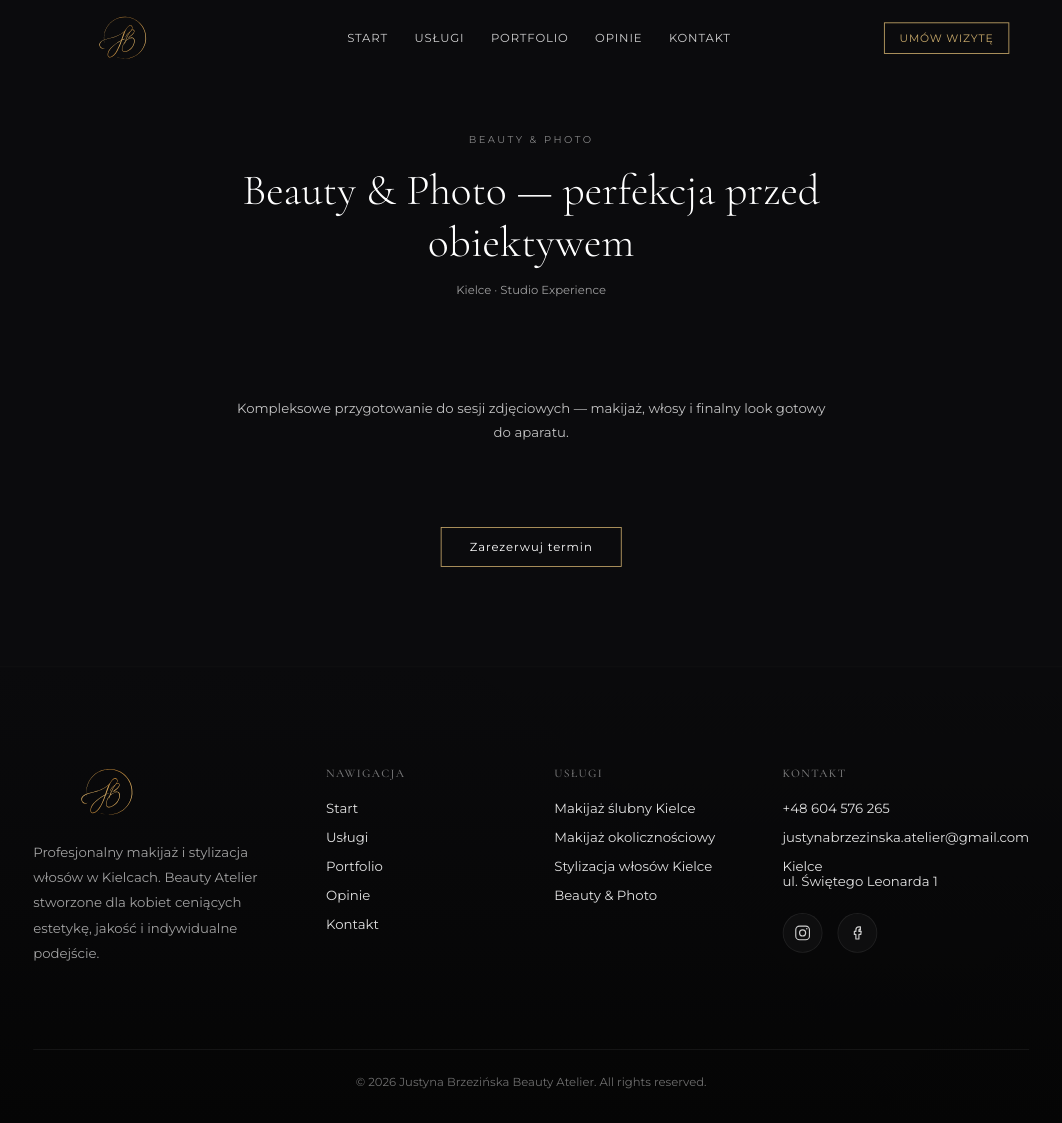
Repository: justynabrzezinskaatelier-bot/justynabrzezinska
Page: /uslugi/beauty-photo-kielce
The author's editor kept a copy of each file at every save. The page is drawn from the files as they stood at one save, then again after the next save.
The browser window is 1280 px wide. The pictures show the whole page, at 83% of full size.
The project was rebuilt for these pictures with package versions that can differ from the ones it lists, and the page was loaded fresh each time. The framework's server and built-in components were replaced by stand-ins that run in the browser. Also part of the build but not shown: next.config.ts.

Above is the page before, as saved 2026-05-09 19:13:57.

### src/app/layout.tsx
import type { Metadata, Viewport } from "next";
import { Cormorant_Garamond, Montserrat } from "next/font/google";
import Navbar from "@/components/Navbar/Navbar";
import Footer from "@/components/Footer/Footer";

import "@/styles/globals.css";

const cormorant = Cormorant_Garamond({
  subsets: ["latin"],
  variable: "--font-heading",
});

const montserrat = Montserrat({
  subsets: ["latin"],
  variable: "--font-body",
});

export const metadata: Metadata = {
  title: "Justyna Brzezińska Beauty Atelier",
  description:
    "Makijaż i stylizacja włosów w Kielcach. Makeup & Hair Studio.",

  icons: {
    icon: [
      {
        url: "/favicon.ico",
      },
      {
        url: "/favicon.svg",
        type: "image/svg+xml",
      },
      {
        url: "/favicon-96x96.png",
        sizes: "96x96",
        type: "image/png",
      },
    ],

    apple: "/apple-touch-icon.png",

    shortcut: "/favicon.ico",
  },

  manifest: "/site.webmanifest",

  appleWebApp: {
    title: "JB Atelier",
  },
};

export const viewport: Viewport = {
  themeColor: "#0a0a0a",
};

export default function RootLayout({
  children,
}: Readonly<{
  children: React.ReactNode;
}>) {
  return (
    <html lang="pl" data-scroll-behavior="smooth">
      <body className={`${cormorant.variable} ${montserrat.variable}`}>
        <Navbar />
        {children}
        <Footer />
      </body>
    </html>
  );
}

### src/app/uslugi/[slug]/page.tsx
import { notFound } from "next/navigation";
import { services } from "@/lib/services";
import styles from "@/styles/Service.module.css";

type Props = {
    params: { slug: string };
};

export async function generateMetadata({ params }: Props) {
    const service = services.find(s => s.slug === params.slug);

    if (!service) return {};

    return {
        title: service.seoTitle,
        description: service.seoDescription,
    };
}

export default async function ServicePage({ params }: { params: Promise<{ slug: string }> }) {
    const { slug } = await params;

    const service = services.find(s => s.slug === slug);

    if (!service) return notFound();

    return (
        < main className={styles.page} >

            {/* HERO */}
            < section className={styles.hero} >
                <p className={styles.label}>{service.label}</p>

                <h1 className={styles.title}>
                    {service.title}
                </h1>

                <p className={styles.subtitle}>
                    {service.subtitle}
                </p>
            </ section >

            {/* CONTENT */}
            <section className={styles.section} >
                <p>{service.description}</p>
            </section >

            {/* CTA */}
            <section className={styles.ctaSection} >
                <a href="/kontakt" className={styles.cta}>
                    Zarezerwuj termin
                </a>
            </section >

        </main >
    );
}

### src/components/Footer/Footer.tsx
import styles from "./Footer.module.css";
import Link from "next/link";
import Image from "next/image";

export default function Footer() {
    return (
        <footer className={styles.footer}>

            <div className={styles.top}>

                {/* BRAND */}
                <div className={styles.brand}>
                    <Image
                        src="/JB-logo.svg"
                        alt="Justyna Brzezińska Beauty Atelier"
                        width={180}
                        height={60}
                    />

                    <p>
                        Profesjonalny makijaż i stylizacja włosów
                        w Kielcach. Beauty Atelier stworzone dla kobiet
                        ceniących estetykę, jakość i indywidualne podejście.
                    </p>
                </div>

                {/* NAVIGATION */}
                <div className={styles.column}>
                    <h3>Nawigacja</h3>

                    <nav>
                        <Link href="/">Start</Link>
                        <Link href="/uslugi">Usługi</Link>
                        <Link href="/portfolio">Portfolio</Link>
                        <Link href="/opinie">Opinie</Link>
                        <Link href="/kontakt">Kontakt</Link>
                    </nav>
                </div>

                {/* SERVICES */}
                <div className={styles.column}>
                    <h3>Usługi</h3>

                    <div className={styles.links}>
                        <Link href="/uslugi">
                            Makijaż ślubny Kielce
                        </Link>

                        <Link href="/uslugi">
                            Makijaż okolicznościowy
                        </Link>

                        <Link href="/uslugi">
                            Stylizacja włosów Kielce
                        </Link>

                        <Link href="/uslugi">
                            Beauty & Photo
                        </Link>
                    </div>
                </div>

                {/* CONTACT */}
                <div className={styles.column}>
                    <h3>Kontakt</h3>

                    <div className={styles.contact}>
                        <a href="tel:+48604576265">
                            +48 604 576 265
                        </a>

                        <a href="mailto:justynabrzezinska.atelier@gmail.com">
                            justynabrzezinska.atelier@gmail.com
                        </a>

                        <p>
                            Kielce
                            <br />
                            ul. Świętego Leonarda 1
                        </p>
                    </div>

                    {/* SOCIALS */}
                    <div className={styles.socials}>

                        <a
                            href="https://www.instagram.com/justynabrzezinska.makeup.hair/"
                            target="_blank"
                            rel="noopener noreferrer"
                            aria-label="Instagram"
                        >
                            <InstagramIcon />
                        </a>

                        <a
                            href="https://www.facebook.com/justmakeup.kielce/"
                            target="_blank"
                            rel="noopener noreferrer"
                            aria-label="Facebook"
                        >
                            <FacebookIcon />
                        </a>

                    </div>
                </div>
            </div>

            {/* BOTTOM */}
            <div className={styles.bottom}>
                <p>
                    © {new Date().getFullYear()} Justyna Brzezińska Beauty Atelier.
                    All rights reserved.
                </p>
            </div>
        </footer>
    );
}

function InstagramIcon() {
    return (
        <svg width="22" height="22" viewBox="0 0 24 24" fill="none">
            <rect
                x="3"
                y="3"
                width="18"
                height="18"
                rx="5"
                stroke="currentColor"
                strokeWidth="1.5"
            />
            <circle
                cx="12"
                cy="12"
                r="4"
                stroke="currentColor"
                strokeWidth="1.5"
            />
            <circle
                cx="17.5"
                cy="6.5"
                r="1"
                fill="currentColor"
            />
        </svg>
    );
}

function FacebookIcon() {
    return (
        <svg width="22" height="22" viewBox="0 0 24 24" fill="none">
            <path
                d="M14 8h2V4h-2c-2.2 0-4 1.8-4 4v2H8v4h2v6h4v-6h2.5l.5-4H14V8c0-.6.4-1 1-1z"
                stroke="currentColor"
                strokeWidth="1.5"
                strokeLinejoin="round"
            />
        </svg>
    );
}

### src/styles/globals.css
* {
  margin: 0;
  padding: 0;
  box-sizing: border-box;
}

:root {
  --background: #0a0a0a;
  --text: #f5f5f5;

  --gold: #c6a769;
  --gold-light: #e2c78f;

  --pink: #d8b4b4;

  --container: 1280px;

  --font-heading: serif;
  --font-body: sans-serif;
}

html {
  scroll-behavior: smooth;
}

body {
  background: var(--background);
  color: var(--text);
  font-family: var(--font-body);
}

h1,
h2,
h3,
h4 {
  font-family: var(--font-heading);
  font-weight: 500;
  line-height: 1.1;
}

img {
  max-width: 100%;
  display: block;
}

button,
input,
textarea {
  font: inherit;
}

a {
  color: inherit;
  text-decoration: none;
}

.container {
  width: 100%;
  max-width: var(--container);
  margin: 0 auto;
  padding: 0 24px;
}

### src/lib/services.ts
export type Service = {
    slug: string;
    title: string;
    subtitle: string;
    label: string;
    description: string;
    seoTitle: string;
    seoDescription: string;
};

export const services: Service[] = [
    {
        slug: "makijaz-slubny-kielce",
        title: "Makijaż ślubny, który nie potrzebuje filtrów",
        subtitle: "Kielce · Beauty Atelier",
        label: "Bridal Experience",
        description:
            "Dla kobiet, które chcą wyglądać sobą — tylko w najlepszej wersji.",
        seoTitle: "Makijaż ślubny Kielce | Beauty Atelier",
        seoDescription:
            "Ekskluzywny makijaż ślubny w Kielcach. Naturalny, trwały i dopasowany do Ciebie."
    },
    {
        slug: "makijaz-okolicznosciowy-kielce",
        title: "Makijaż, który podkreśla — nie zmienia",
        subtitle: "Elegancja w najczystszej formie",
        label: "Occasion Makeup",
        description:
            "Profesjonalny makijaż na eventy, gale i sesje zdjęciowe — dopasowany do Twojej urody i stylu.",
        seoTitle: "Makijaż okolicznościowy Kielce | Beauty Atelier",
        seoDescription:
            "Profesjonalny makijaż okolicznościowy w Kielcach. Naturalny, elegancki i trwały."
    },
    {
        slug: "stylizacja-wlosow-kielce",
        title: "Włosy, które domykają całość stylizacji",
        subtitle: "Hair Styling · Kielce",
        label: "Hair Style",
        description:
            "Nowoczesne fryzury dopasowane do makijażu i charakteru stylizacji — od soft waves po eleganckie upięcia.",
        seoTitle: "Stylizacja włosów Kielce | Beauty Atelier",
        seoDescription:
            "Profesjonalna stylizacja włosów w Kielcach. Fryzury ślubne i okolicznościowe."
    },
    {
        slug: "beauty-photo-kielce",
        title: "Beauty & Photo — perfekcja przed obiektywem",
        subtitle: "Kielce · Studio Experience",
        label: "Beauty & Photo",
        description:
            "Kompleksowe przygotowanie do sesji zdjęciowych — makijaż, włosy i finalny look gotowy do aparatu.",
        seoTitle: "Beauty & Photo Kielce | Makijaż do sesji zdjęciowych",
        seoDescription:
            "Profesjonalne przygotowanie beauty do sesji zdjęciowych w Kielcach."
    }
];

### src/styles/Service.module.css
.page {
    background: #0b0b0d;
    color: #fff;
    padding: 160px 24px 120px;
}

/* HERO */
.hero {
    max-width: 900px;
    margin: 0 auto 120px;
    text-align: center;
}

.label {
    font-size: 12px;
    letter-spacing: 0.25em;
    text-transform: uppercase;
    opacity: 0.5;
}

.title {
    font-size: 52px;
    font-weight: 300;
    margin-top: 24px;
    line-height: 1.2;
}

.subtitle {
    margin-top: 16px;
    font-size: 14px;
    opacity: 0.6;
}

/* CONTENT */
.section {
    max-width: 720px;
    margin: 0 auto 90px;
    text-align: center;
}

.section p {
    font-size: 16px;
    line-height: 1.8;
    opacity: 0.75;
}

/* CTA */
.ctaSection {
    display: flex;
    justify-content: center;
    margin-top: 100px;
}

.cta {
    padding: 14px 34px;
    border: 1px solid var(--gold);
    text-decoration: none;
    color: #fff;
    font-size: 14px;
    letter-spacing: 0.08em;
    transition: 0.3s ease;
}

.cta:hover {
    background: var(--gold);
    color: #0b0b0d;
}

/* MOBILE */
@media (max-width: 768px) {
    .title {
        font-size: 34px;
    }

    .page {
        padding: 120px 18px 80px;
    }
}

### src/components/Navbar/Navbar.module.css
.header {
    position: fixed;
    top: 0;
    width: 100%;
    z-index: 100;
    transition: all 0.3s ease;
}

.scrolled {
    background: rgba(11, 11, 13, 0.6);
    backdrop-filter: blur(12px);
    border-bottom: 1px solid rgba(200, 169, 106, 0.15);
}

.inner {
    max-width: 1200px;
    margin: 0 auto;
    padding: 18px 24px;
    display: flex;
    align-items: center;
    justify-content: space-between;
}

/* LOGO */
.logo {
    display: flex;
    align-items: center;
}

/* NAV */
.nav {
    display: flex;
    gap: 32px;
}

.nav a {
    color: #fff;
    font-size: 14px;
    letter-spacing: 1px;
    text-transform: uppercase;
    opacity: 0.8;
    transition: 0.3s;
}

.nav a:hover {
    opacity: 1;
    color: #c8a96a;
}

/* CTA */
.cta {
    padding: 10px 18px;
    border: 1px solid #c8a96a;
    color: #c8a96a;
    font-size: 13px;
    text-transform: uppercase;
    letter-spacing: 1px;
    transition: 0.3s;
}

.cta:hover {
    background: #c8a96a;
    color: #0b0b0d;
}

/* BURGER */
.burger {
    display: none;
    flex-direction: column;
    gap: 5px;
    background: none;
    border: none;
}

.burger span {
    width: 24px;
    height: 2px;
    background: white;
    transition: 0.3s;
}

/* OVERLAY */
.overlay {
    position: fixed;
    inset: 0;
    background: rgba(0, 0, 0, 0.6);
    backdrop-filter: blur(8px);
    z-index: 90;
}

/* MOBILE MENU */
.mobileMenu {
    position: fixed;
    inset: 0;
    width: 100vw;
    height: 100vh;
    background: rgba(11, 11, 13, 0.98);
    backdrop-filter: blur(18px);
    z-index: 1000;

    display: flex;
    justify-content: center;
    align-items: center;

    opacity: 0;
    pointer-events: none;
    transition: opacity 0.4s ease;
}

/* OPEN STATE */
.open {
    opacity: 1;
    pointer-events: all;
}

.mobileContent {
    display: flex;
    flex-direction: column;
    align-items: center;
    text-align: center;
    gap: 40px;

    transform: scale(0.98);
    animation: fadeIn 0.5s ease forwards;
}

/* LOGO */
.mobileLogo {
    margin-bottom: 10px;
}

/* NAV LINKS - LUXURY TYPOGRAPHY */
.mobileNav {
    display: flex;
    flex-direction: column;
    gap: 22px;
}

.mobileNav a {
    font-size: 22px;
    letter-spacing: 2px;
    text-transform: uppercase;
    color: #ffffff;
    opacity: 0.75;
    transition: 0.3s;
}

.mobileNav a:hover {
    opacity: 1;
    color: #c8a96a;
}

/* CTA */
.mobileCTA {
    margin-top: 20px;
    padding: 14px 28px;
    border: 1px solid #c8a96a;
    color: #c8a96a;
    text-transform: uppercase;
    letter-spacing: 2px;
    font-size: 13px;
    transition: 0.3s;
}

.mobileCTA:hover {
    background: #c8a96a;
    color: #0b0b0d;
}

/* CLOSE BUTTON */
.close {
    position: absolute;
    top: 24px;
    right: 24px;
    font-size: 36px;
    background: none;
    border: none;
    color: white;
    opacity: 0.6;
    transition: 0.3s;
}

.close:hover {
    opacity: 1;
}

/* ANIMATION */
@keyframes fadeIn {
    from {
        opacity: 0;
        transform: scale(0.96);
    }

    to {
        opacity: 1;
        transform: scale(1);
    }
}

/* RESPONSIVE */
@media (max-width: 900px) {

    .nav,
    .cta {
        display: none;
    }

    .burger {
        display: flex;
    }
}

### src/components/Footer/Footer.module.css
.footer {
    position: relative;

    padding:
        120px 40px 40px;

    background:
        linear-gradient(to bottom,
            #0a0a0c,
            #050505);

    border-top:
        1px solid rgba(255, 255, 255, 0.06);
}

.top {
    max-width: 1400px;
    margin: 0 auto;

    display: grid;
    grid-template-columns:
        1.4fr 1fr 1fr 1fr;

    gap: 80px;
}

.brand p {
    margin-top: 28px;

    color:
        rgba(255, 255, 255, 0.62);

    line-height: 1.9;

    max-width: 340px;
}

.column h3 {
    margin-bottom: 24px;

    font-size: 14px;
    font-weight: 500;
    letter-spacing: 0.12em;
    text-transform: uppercase;

    color:
        rgba(255, 255, 255, 0.45);
}

.column nav,
.links,
.contact {
    display: flex;
    flex-direction: column;
    gap: 16px;
}

.column a,
.contact p {
    color:
        rgba(255, 255, 255, 0.88);

    text-decoration: none;

    transition: 0.3s ease;
}

.column a:hover {
    color: white;
}

.socials {
    display: flex;
    gap: 18px;

    margin-top: 28px;
}

.socials a {
    width: 48px;
    height: 48px;

    display: flex;
    align-items: center;
    justify-content: center;

    border-radius: 50%;

    border:
        1px solid rgba(255, 255, 255, 0.08);

    background:
        rgba(255, 255, 255, 0.03);

    color:
        rgba(255, 255, 255, 0.8);

    transition:
        transform 0.3s ease,
        background 0.3s ease,
        border-color 0.3s ease;
}

.socials a:hover {
    transform: translateY(-3px);

    background:
        rgba(255, 255, 255, 0.08);

    border-color:
        rgba(255, 255, 255, 0.15);

    color: white;
}

.bottom {
    margin-top: 100px;
    padding-top: 30px;

    border-top:
        1px solid rgba(255, 255, 255, 0.06);

    text-align: center;
}

.bottom p {
    color:
        rgba(255, 255, 255, 0.42);

    font-size: 14px;
}

@media (max-width: 1000px) {

    .top {
        grid-template-columns: 1fr;
        gap: 60px;
    }

    .footer {
        display: flex;
        flex-direction: column;
        align-items: center;
        justify-content: center;
        align-items: center;
        text-align: center;
        padding:
            90px 24px 32px;
    }

    .brand {
        display: flex;
        flex-direction: column;
        align-items: center;
    }

    .socials {
        justify-content: center;
    }

    .bottom {
        margin-top: 60px;
    }
}

Loaded but not shown: src/components/Navbar/Navbar.tsx (185 lines, source omitted)

After the next save:
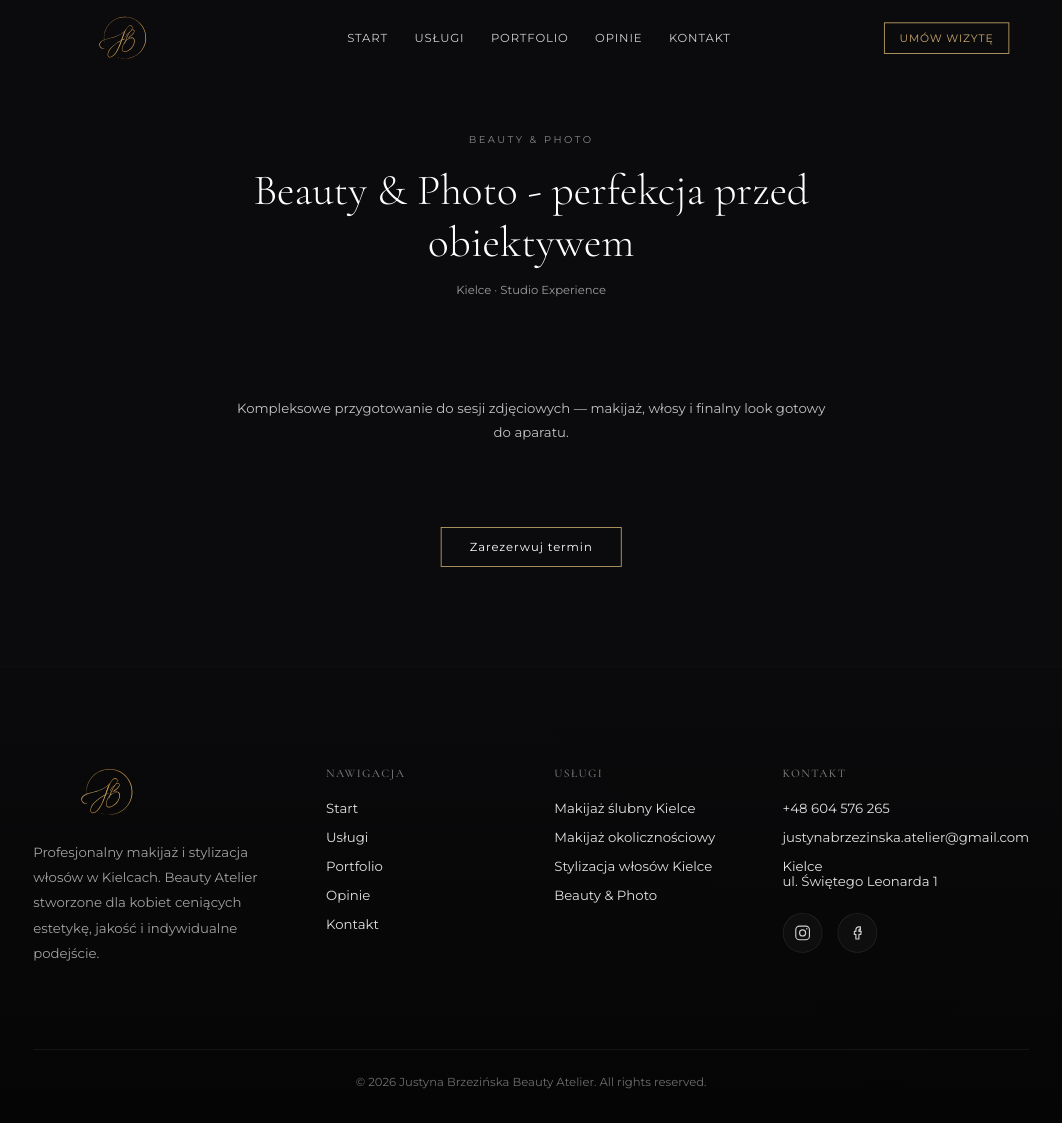
Saved 58 s later.
--- a/src/lib/services.ts
+++ b/src/lib/services.ts
@@ -22,7 +22,7 @@
     },
     {
         slug: "makijaz-okolicznosciowy-kielce",
-        title: "Makijaż, który podkreśla — nie zmienia",
+        title: "Makijaż, który podkreśla - nie zmienia",
         subtitle: "Elegancja w najczystszej formie",
         label: "Occasion Makeup",
         description:
@@ -44,7 +44,7 @@
     },
     {
         slug: "beauty-photo-kielce",
-        title: "Beauty & Photo — perfekcja przed obiektywem",
+        title: "Beauty & Photo - perfekcja przed obiektywem",
         subtitle: "Kielce · Studio Experience",
         label: "Beauty & Photo",
         description:
